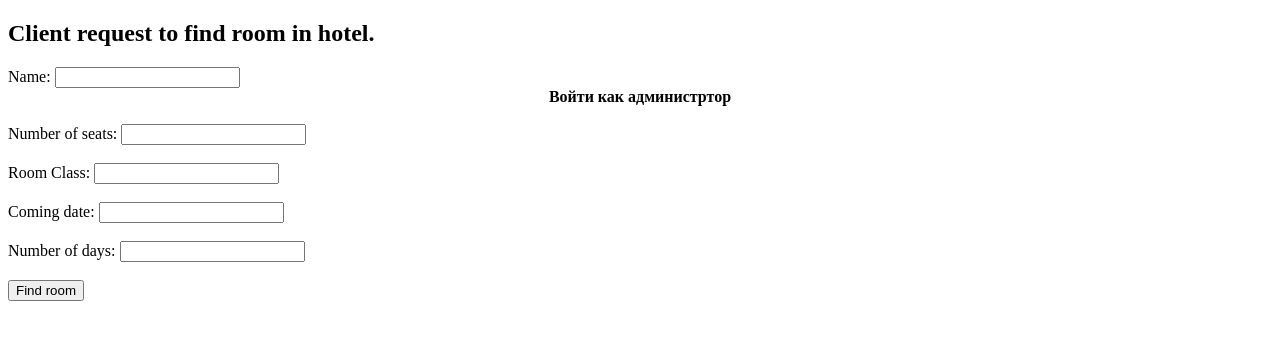
Repository: milosh-alexandr-by/ItAcademyJavaDeveloper
Page: http://localhost/HotelRequestSystem/ClientServlet.jsp
An editor plug-in stored every save of this project. The page is shown before and after the next save, followed by the edit.
The browser window is 1280 px wide. The pictures show the whole page.
The page is served by Tomcat 9.

Above is the page before, as saved 2015-12-12 21:51:49.

After the next save:
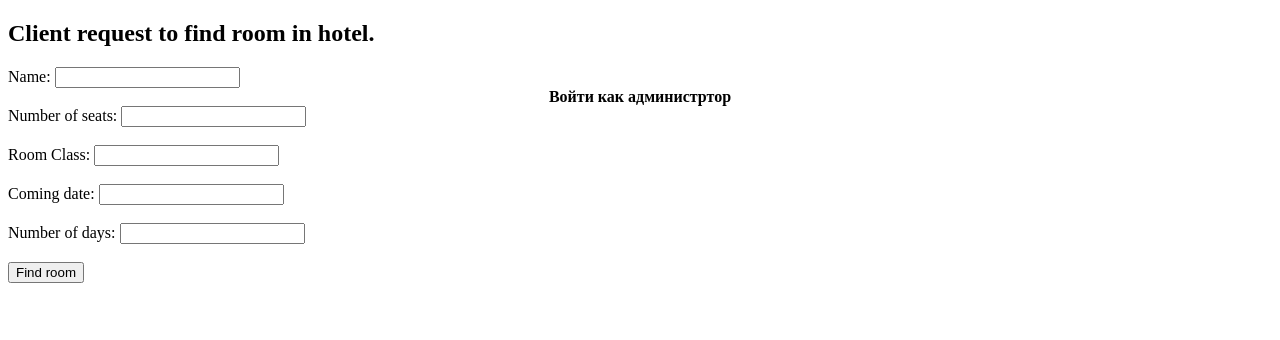
Saved 23 s later.
--- a/Project_WEB/HotelRequestSystem/WebContent/ClientServlet.jsp
+++ b/Project_WEB/HotelRequestSystem/WebContent/ClientServlet.jsp
@@ -11,7 +11,7 @@
 	<h2>Client request to find room in hotel.</h2>
 
 	<form action="HotelRequestSystem" method="GET">
-		Name: <input type="text" name="Name" /> <center><strong>Войти как администртор</strong></center> <br/>
+		Name: <input type="text" name="Name" /> <center><strong>Войти как администртор</strong></center>
 		Number of seats: <input type="text" name="NumberOfSeats" /> <br/><br/>
 		Room Class: <input type="text" name="RoomClass" /> <br/><br/>
 		Coming date: <input type="text" name="ComingDate" /> <br/><br/>
